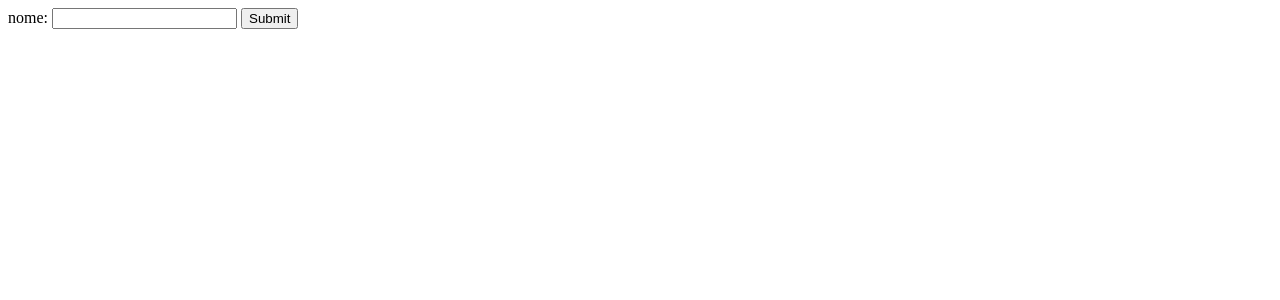
Repository: GustavoFreitas22/Java-Web
Page: http://localhost/gerenciador/formNovaEmpresa.jsp
An editor plug-in stored every save of this project. The page is shown before and after the next save, followed by the edit.
The browser window is 1280 px wide. The pictures show the whole page.
The page is served by Tomcat 9.

Above is the page before, as saved 2021-10-27 20:12:08.

After the next save:
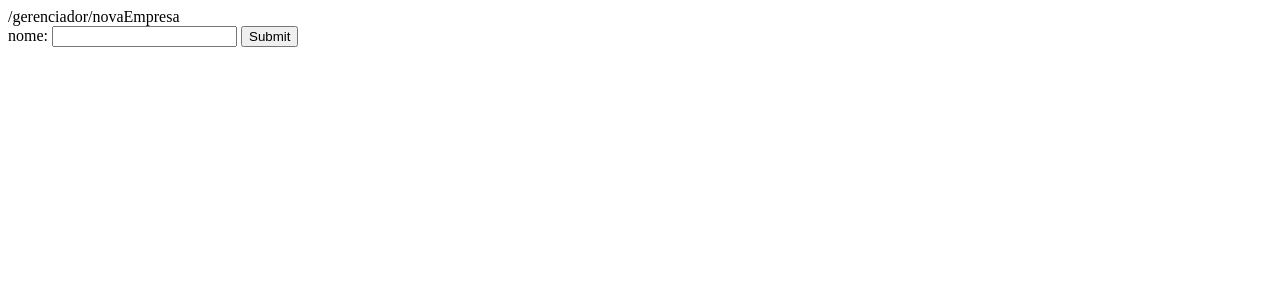
Saved 111 s later.
--- a/gerenciador/WebContent/formNovaEmpresa.jsp
+++ b/gerenciador/WebContent/formNovaEmpresa.jsp
@@ -7,6 +7,8 @@
 <title>Nova Empresa</title>
 </head>
 <body>
+
+<c:url value="/novaEmpresa"></c:url>
 	<form action="/gerenciador/novaEmpresa" method="post">
 		nome: <input type="text" name = "nome">
 		<input type="submit">
